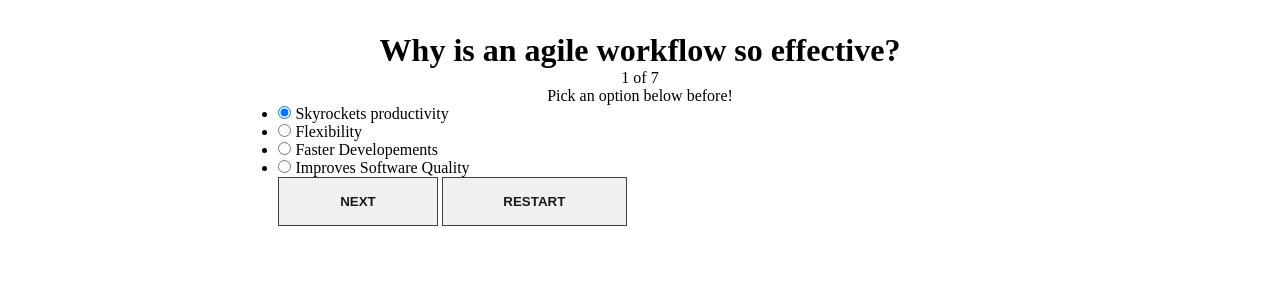
Repository: mukiSabljakovic/Quiz-APP
Page: index.html
The author's editor kept a copy of each file at every save. The page is drawn from the files as they stood at one save, then again after the next save.
The browser window is 1280 px wide. The pictures show the whole page.
Some web fonts or font styles are not loaded; a fallback is used.

Above is the page before, as saved 2020-05-01 11:50:55.

### index.html
<!DOCTYPE html>
<html lang="en">
<head>
    <meta charset="UTF-8">
    <meta name="viewport" content="width=device-width, initial-scale=1.0">
    <title>Quiz</title>
    <link rel="stylesheet" href="css/style.css">
</head>
<body>
    <div class="app">
        <div class="container">
            <div class="jabquiz">

                <div class="jabquiz__question-box">
                    <h1 class="jabquiz__question">Why is an agile workflow so effective?</h1>
                    <p class="jabquiz__tracker">1 of 7</p>
                    <div class="progress">
                        <div class="progress__inner">

                        </div>
                    </div>
                    <p class="jabquiz__tagline">Pick an option below before!</p>
                </div>



                <div class="jabquiz__choices-box">
                    <ul class="jabquiz__choices">
                        <!-- dynamically with js -->
                        <li class="jabquiz__choice">
                            <input type="radio" name="choice" id="choice0" class="jabquiz__input" checked>
                            <label for="choice0" class="jabquiz__label">
                                <i></i>
                                Skyrockets productivity
                            </label>
                        </li>
                        <li class="jabquiz__choice">
                            <input type="radio" name="choice" id="choice0" class="jabquiz__input">
                            <label for="choice0" class="jabquiz__label">
                                <i></i>
                                Flexibility
                            </label>
                        </li>
                        <li class="jabquiz__choice">
                            <input type="radio" name="choice" id="choice0" class="jabquiz__input" >
                            <label for="choice0" class="jabquiz__label">
                                <i></i>
                                Faster Developements
                            </label>
                        </li>
                        <li class="jabquiz__choice">
                            <input type="radio" name="choice" id="choice0" class="jabquiz__input" >
                            <label for="choice0" class="jabquiz__label">
                                <i></i>
                                Improves Software Quality
                            </label>
                        </li>
                    </ul>
                </div>



                <div class="jabquiz__footer">
                    <button class="button button--bordered next">Next</button>
                    <button class="button button--bordered restart">Restart</button>
                </div>



            </div>
        </div>
    </div>
</body>
</html>

### css/style.css
@import url("https://fonts-googleapis.com/css?family=Raleway|PT+Serif:700");


:root {
    --main-font-color: #1a1a1a;
    --main-bg-color: white;
    --main-theme-color: rgb(243, 168, 47);
    --light-white: #f5f5f5;
    --light-gray: #ccc;
    --light-black: #282a39;
    --container-width: 768px;
    --font-body-stack: Raleway, Charcoal, sans-serif;
    --font-heading-stack: "PT Serif", sans-serif;

}

* {
 padding: 0;
 margin: 0;
 box-sizing: border-box;
}

.container {
    max-width: var(--container-width);
    margin-right: auto;
    margin-left: auto;
}

.button {
    padding: 1rem 3.8rem;
    text-transform: uppercase;
    border: 1px solid #eee;
    outline: 0;
    opacity: .9;
    font-weight: bold;
    transition: .3s all ease;
}

.button:hover {
    opacity: 1;
    background: var(--light-black);
    color: white;
}

.button.button--bordered {
    border: 1px solid var(--light-black);
}

.jabquiz {
    padding: 2rem 1.4rem;
}

.jabquiz__question-box {
    text-align: center;
}

After the next save:
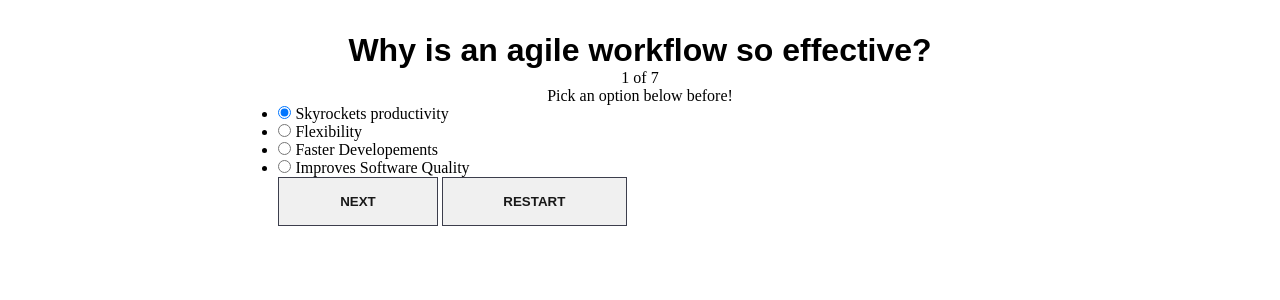
Saved 32 s later.
--- a/css/style.css
+++ b/css/style.css
@@ -53,3 +53,7 @@
 .jabquiz__question-box {
     text-align: center;
 }
+
+.jabquiz__question {
+    font-family: var(--font-heading-stack);
+}
